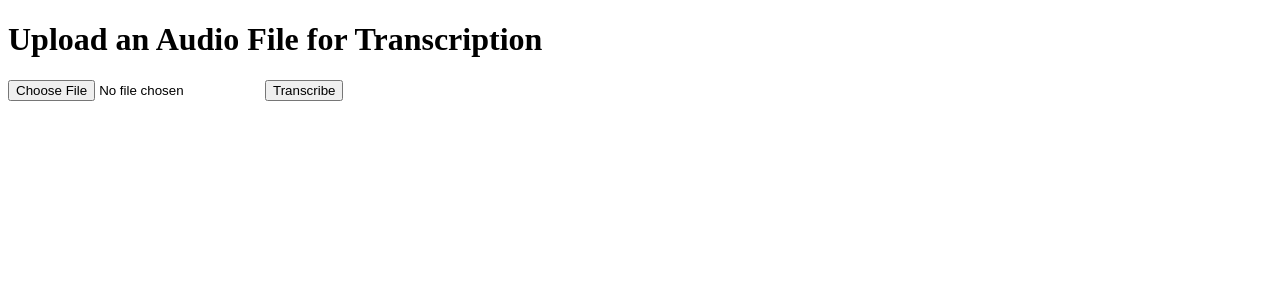
Repository: dyabel/audio_transcription
Page: http://localhost/
An editor plug-in stored every save of this project. The page is shown before and after the next save, followed by the edit.
The browser window is 1280 px wide. The pictures show the whole page.
The page is served by the project's application, run on Flask 3 (app.py).

Above is the page before, as saved 2023-09-10 22:13:43.

### templates/index.html
<!DOCTYPE html>
<html>
<head>
    <title>Audio Transcription</title>
</head>
<body>
    <h1>Upload an Audio File for Transcription</h1>
    <form action="/transcribe" method="post" enctype="multipart/form-data">
        <input type="file" name="audio" accept="audio/*">
        <input type="submit" value="Transcribe">
    </form>
</body>
</html>

### app.py
from flask import Flask, request, jsonify, render_template
import whisper
import os
app = Flask(__name__)

# 加载模型
model = whisper.load_model("medium")

@app.route('/', methods=['GET'])
def index():
    return render_template('index.html')

@app.route('/transcribe', methods=['POST'])
def transcribe_audio():
    audio_file = request.files.get('audio')

    if not audio_file:
        return jsonify({"error": "No audio file provided"}), 400

    # 保存音频文件
    # audio_path = "temp_audio.wav"
    # audio_file.save(audio_path)


    # 进行转写

    result = model.transcribe(audio_file)
    return jsonify({"transcription": result.text})

if __name__ == '__main__':
    app.run(debug=True)

After the next save:
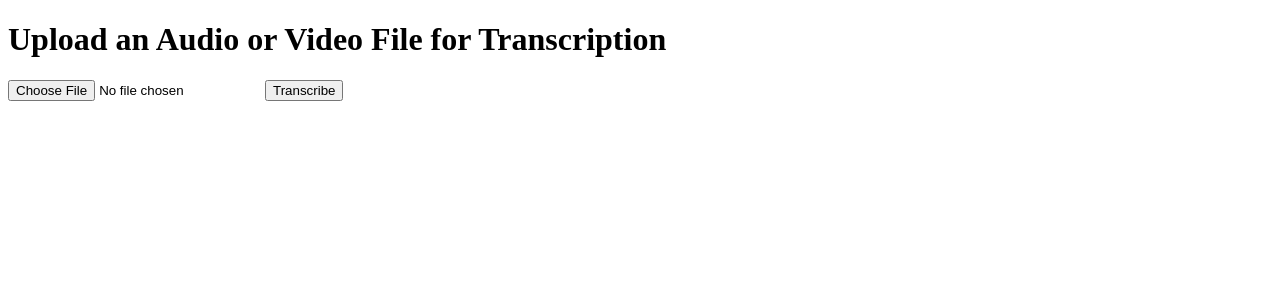
Saved 5 min 52 s later.
--- a/templates/index.html
+++ b/templates/index.html
@@ -1,12 +1,12 @@
 <!DOCTYPE html>
 <html>
 <head>
-    <title>Audio Transcription</title>
+    <title>Audio/Video Transcription</title>
 </head>
 <body>
-    <h1>Upload an Audio File for Transcription</h1>
+    <h1>Upload an Audio or Video File for Transcription</h1>
     <form action="/transcribe" method="post" enctype="multipart/form-data">
-        <input type="file" name="audio" accept="audio/*">
+        <input type="file" name="media" accept="audio/*,video/*">
         <input type="submit" value="Transcribe">
     </form>
 </body>
